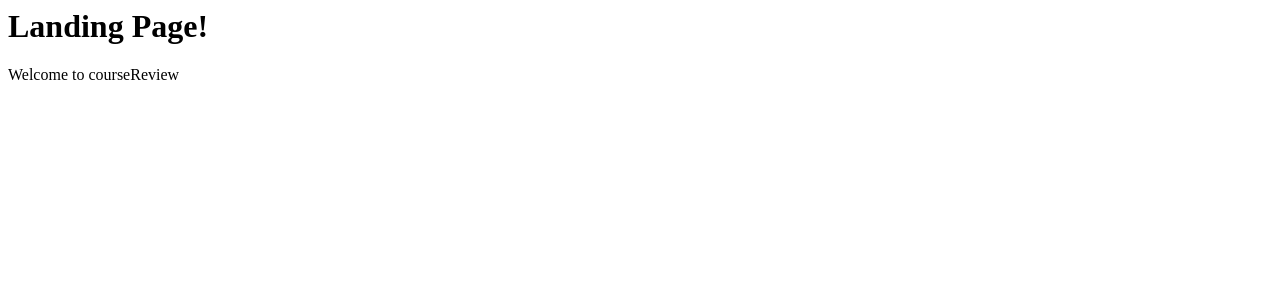
Repository: codewangg/CourseReview
Page: http://localhost/
The author's editor kept a copy of each file at every save. The page is drawn from the files as they stood at one save, then again after the next save.
The browser window is 1280 px wide. The pictures show the whole page.
The page is served by the project's Node server (app.js).

Above is the page before, as saved 2020-08-15 15:37:33.

After the next save:
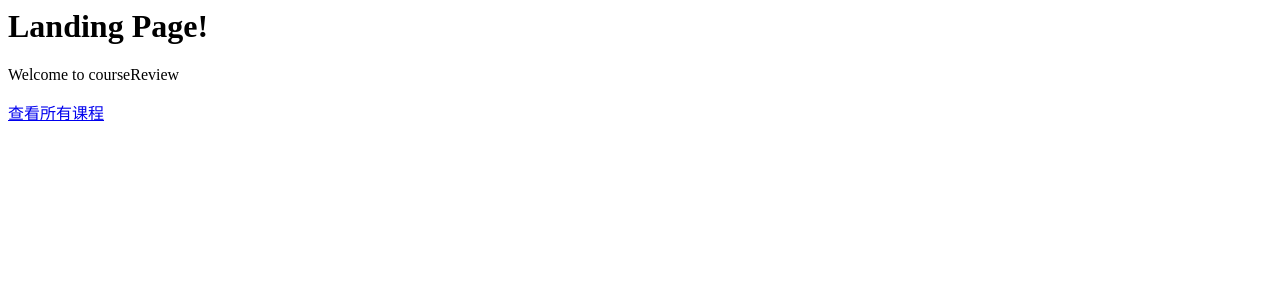
Saved 64 s later.
--- a/views/landing.ejs
+++ b/views/landing.ejs
@@ -1,2 +1,4 @@
 <h1> Landing Page!</h1>
 <p> Welcome to courseReview</p>
+
+<a href="/courses">查看所有课程</a>
